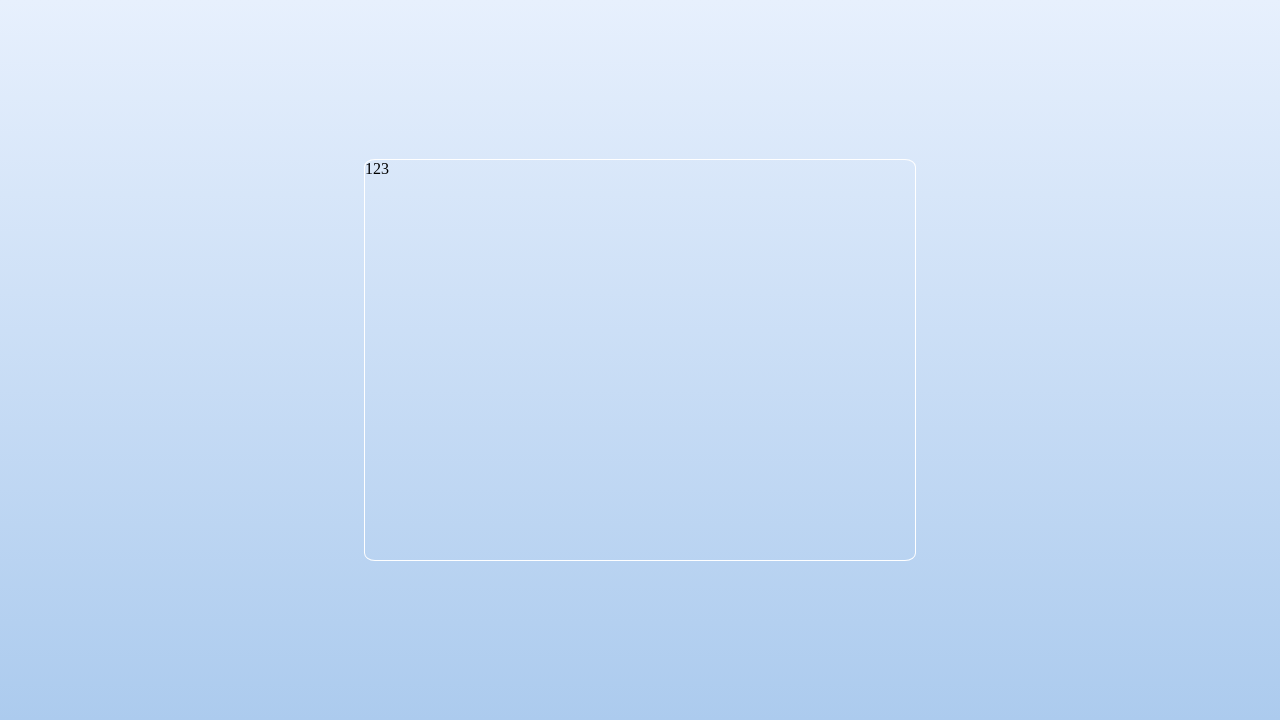
Repository: gyypwrs/css-practice
Page: 毛玻璃/index.html
An editor plug-in stored every save of this project. The page is shown before and after the next save, followed by the edit.
The browser window is 1280 px wide. The pictures show the whole page.

Above is the page before, as saved 2022-05-05 17:38:04.

### 毛玻璃/index.html
<!--
 * @Descripttion:
 * @version:
 * @Author: Hongyu
 * @Date: 2022-05-05 16:21:44
 * @LastEditors: Hongyu
 * @LastEditTime: 2022-05-05 17:38:04
-->
<!DOCTYPE html>
<html>
  <head>
    <title></title>
    <style type="text/css">
      html,body{
        height: 100%
      }
      body {
        margin: 0;
        padding: 0;
        overflow: hidden;
      }
     .root {
       display: flex;
        height: 100%;
        background-image: linear-gradient(to top, #accbee 0%, #e7f0fd 100%);
        background-position: center top;
	      background-size: cover;
     }
     .box {
       width: 550px;
       height: 400px;
       margin: auto;
       border: 1px solid #fff;
       border-radius: 2%;
       z-index: 1;
     }
     .box::before {
       content: '';
       position: absolute;
       top: 0;
       left: 0;
       right: 0;
       bottom: 0;
       z-index: -1;
       filter: blur(20px);
       /* background-image: linear-gradient(to bottom, #cd9cf2 0%, #f6f3ff 100%); */
       /* background-position: center top;
       background-size: cover;
       background-attachment: fixed; */

     }
  </style>
  </head>
  <body>
    <div class="root">
      <div class="box">
        123
      </div>
    </div>
  </body>
</html>

After the next save:
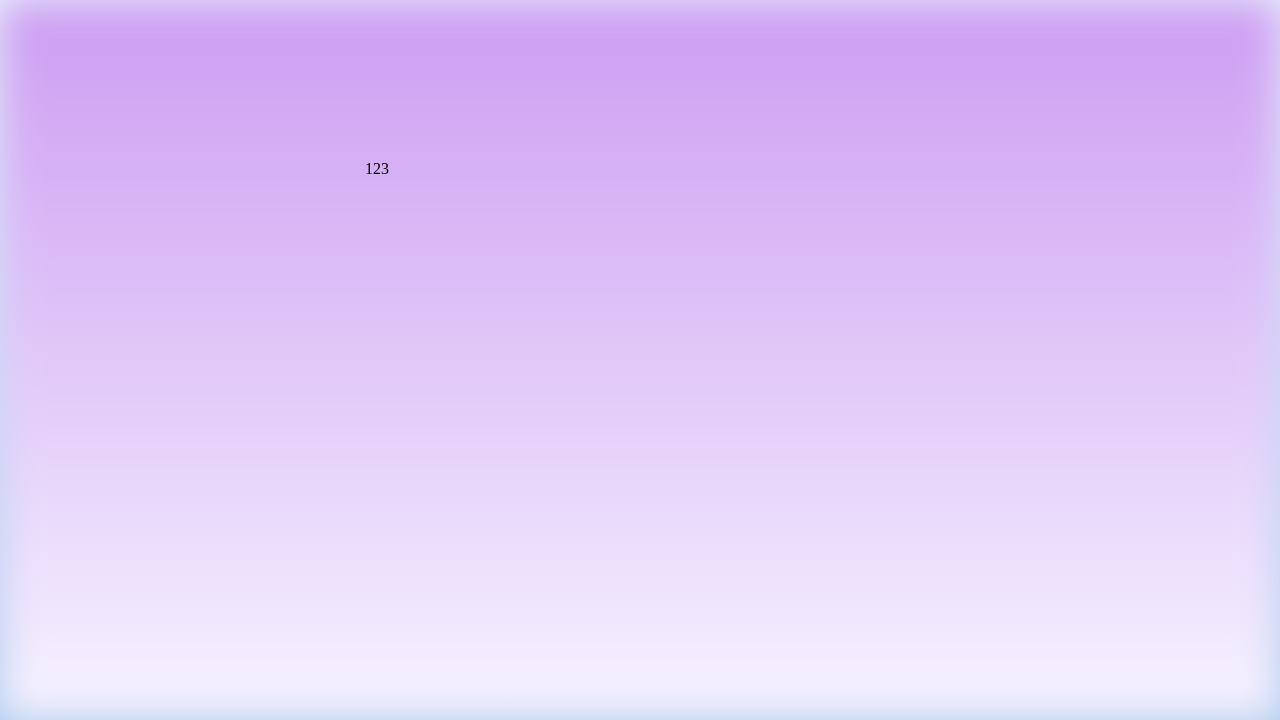
Saved 2 min 14 s later.
--- a/毛玻璃/index.html
+++ b/毛玻璃/index.html
@@ -4,7 +4,7 @@
  * @Author: Hongyu
  * @Date: 2022-05-05 16:21:44
  * @LastEditors: Hongyu
- * @LastEditTime: 2022-05-05 17:38:04
+ * @LastEditTime: 2022-05-05 17:40:18
 -->
 <!DOCTYPE html>
 <html>
@@ -43,10 +43,10 @@
        bottom: 0;
        z-index: -1;
        filter: blur(20px);
-       /* background-image: linear-gradient(to bottom, #cd9cf2 0%, #f6f3ff 100%); */
-       /* background-position: center top;
+       background-image: linear-gradient(to bottom, #cd9cf2 0%, #f6f3ff 100%);
+       background-position: center top;
        background-size: cover;
-       background-attachment: fixed; */
+       background-attachment: fixed;
 
      }
   </style>
